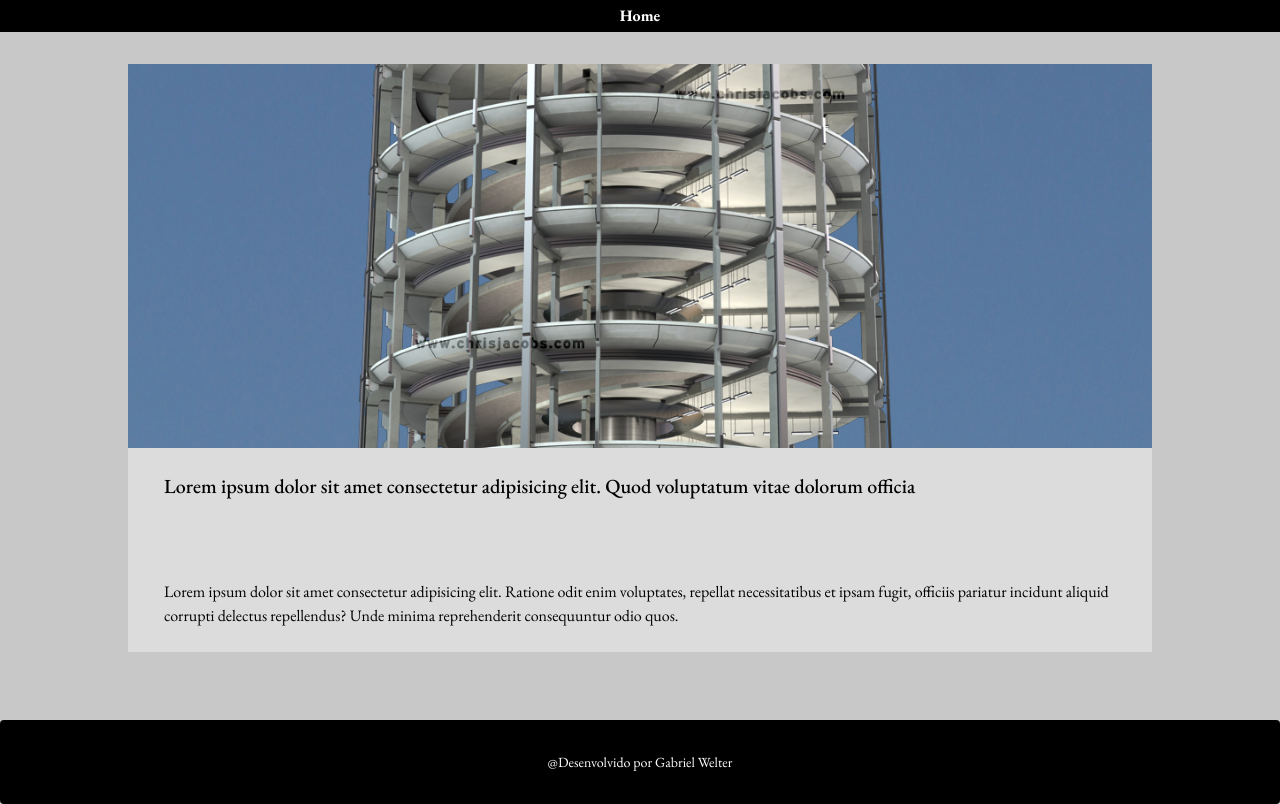
Repository: weltergab/Your-News-2-prismic-cms
Page: /noticiafull
These files come from the project's save history. The page is drawn as it stood at one moment and after the next save; the edit follows.
The browser window is 1280 px wide. The pictures show the whole page.
The project was rebuilt for these pictures with package versions that can differ from the ones it lists, and the page was loaded fresh each time. The framework's server and built-in components were replaced by stand-ins that run in the browser. Also part of the build but not shown: next.config.js.

Above is the page before, as saved 2023-04-30 20:16:15.

After the next save:
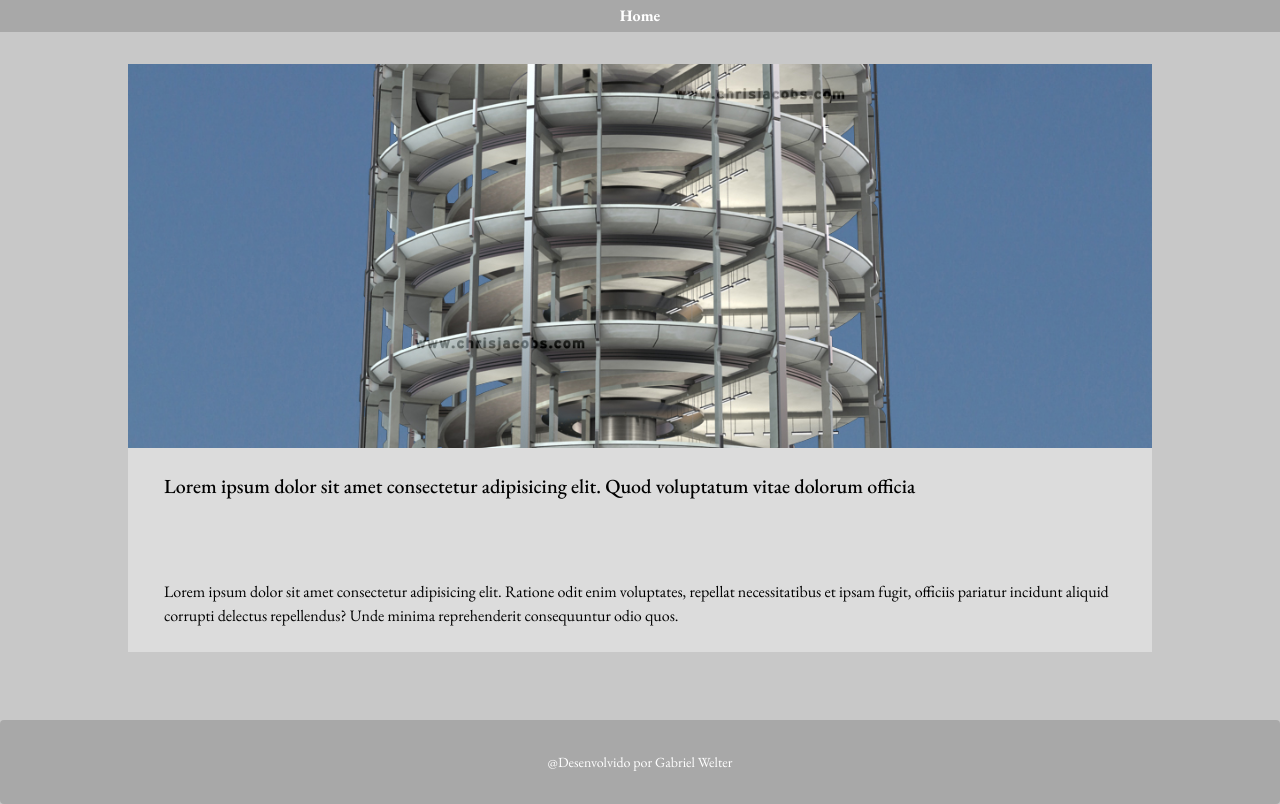
Saved 3 min 45 s later.
--- a/tailwind.config.js
+++ b/tailwind.config.js
@@ -88,7 +88,7 @@
           'text': '#FFFFFF',
           'text2': '#000000',
           'div': '#A8A8A8', //#A8A8A8
-          'footer': '#000000',
+          'footer': '#A8A8A8',
         }
       },
     },
